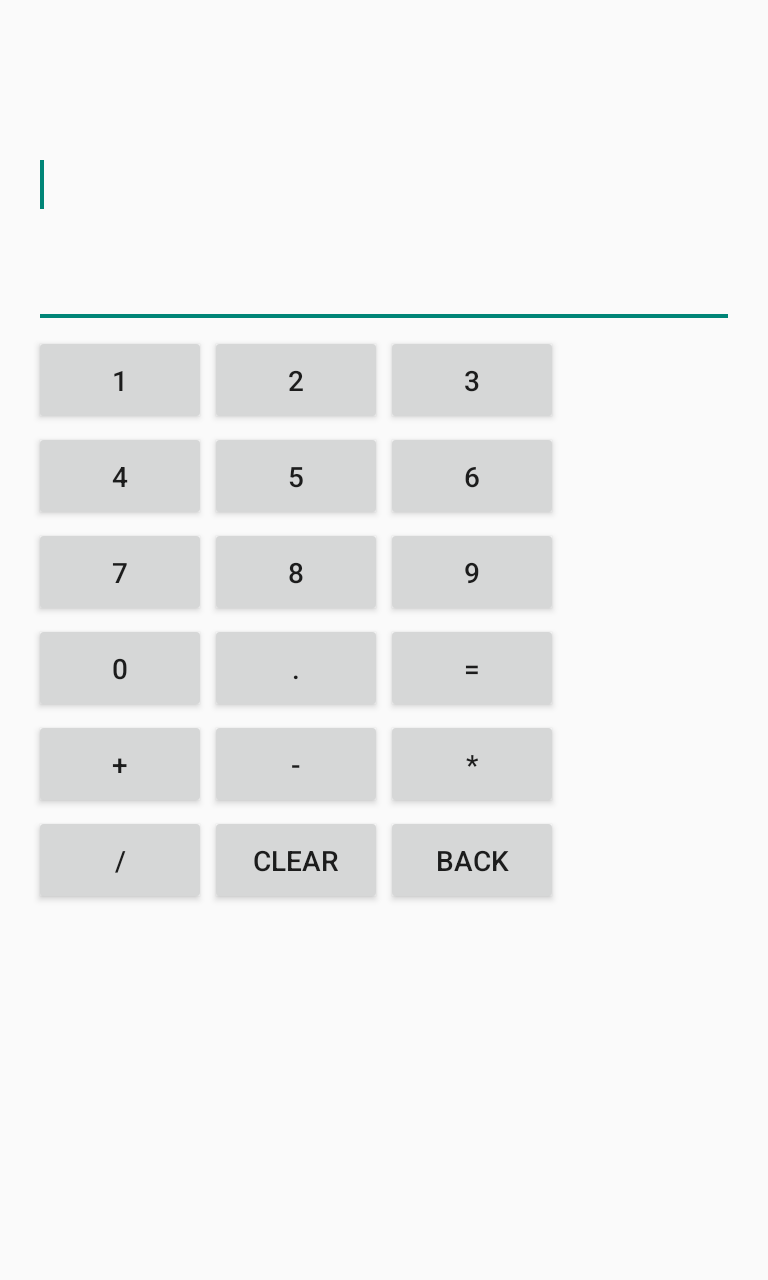
Repository: toa5/CS-399-Project-1
Layout: Calculator/res/layout/activity_calculator.xml
These files come from the project's save history. The layout is drawn as it stood at one moment and after the next save; the edit follows.
It is drawn on a 768 x 1280 px phone screen (xhdpi) without system bars, with theme AppTheme; the app's code is not run.

Above is the layout before, as saved 2015-09-27 08:16:18.

After the next save:
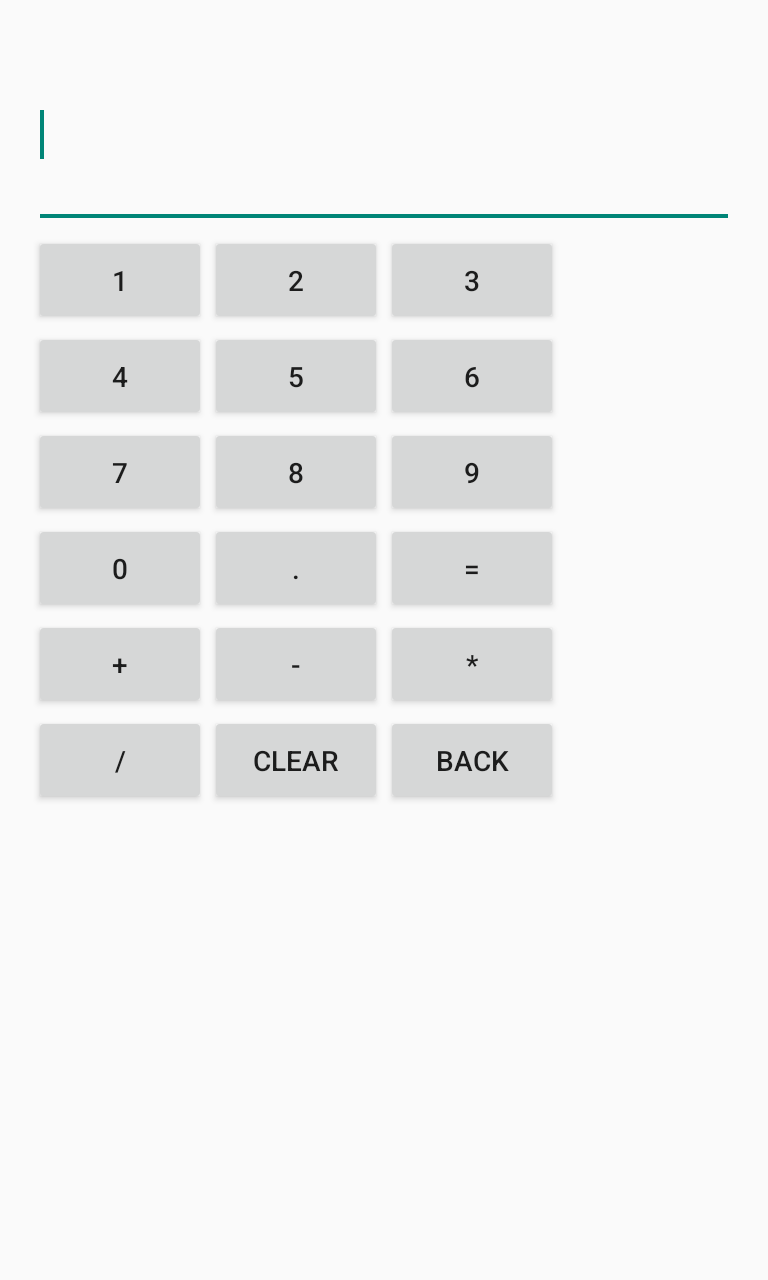
Saved 8 s later.
--- a/Calculator/res/layout/activity_calculator.xml
+++ b/Calculator/res/layout/activity_calculator.xml
@@ -21,7 +21,7 @@
         android1:clickable="false"
         android1:ems="10"
         android1:inputType="text"
-        android1:minHeight="150dp" >
+        android1:minHeight="100dp" >
 
         <requestFocus />
     </EditText>
